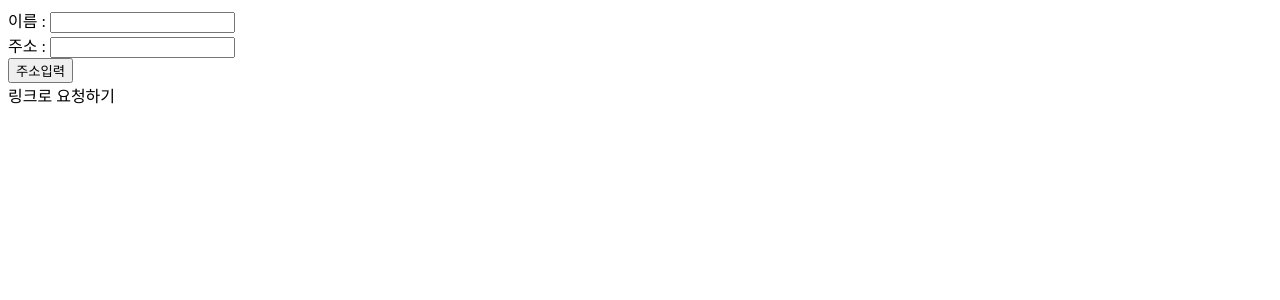
Repository: lopanghub/git_study
Page: http://localhost/JSPClassCh04/postRequestServletForm.jsp
An editor plug-in stored every save of this project. The page is shown before and after the next save, followed by the edit.
The browser window is 1280 px wide. The pictures show the whole page.
The page is served by Tomcat 9. Other server files are loaded and not shown.

Above is the page before, as saved 2024-04-04 01:40:30.

### JSPStudy/JSPClassCh04/src/main/webapp/postRequestServletForm.jsp
<%@ page language="java" contentType="text/html; charset=UTF-8"
    pageEncoding="UTF-8"%>
<!DOCTYPE html>
<html>
<head>
<meta charset="UTF-8">
<title>POST 방식 요청처리</title>
</head>
<body>
	<!--
		form 태그의 method 속성을 post로 지정 하였다. default는 get 이다.
		브라우저는 현재 문서의 문자 셋을 기준으로 폼 데이터를 인코딩하여 서버로 전송한다.
	-->
	<form name="f1" >
		이름 : <input type="text" name="name" /><br/>
		주소 : <input type="text" name="address" /><br/>
		<input type="submit" value="주소입력" />
	</form>
	<!--
		a 태그를 이용한 요청은 GET 방식이므로 요청 데이터를
		서버로 보낼 때는 요청 URL 뒤에 데이터를 추가해 서버로 보낸다.
	-->
	<a>링크로 요청하기</a>
</body>
</html>

After the next save:
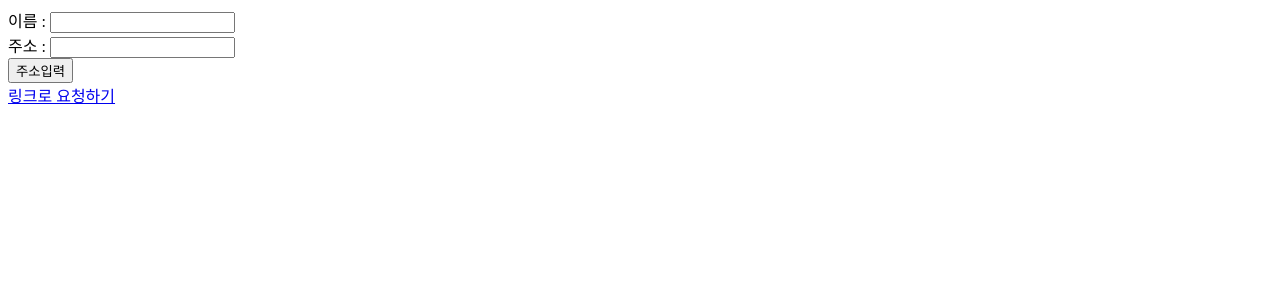
Saved 20 min 29 s later.
--- a/JSPStudy/JSPClassCh04/src/main/webapp/postRequestServletForm.jsp
+++ b/JSPStudy/JSPClassCh04/src/main/webapp/postRequestServletForm.jsp
@@ -11,7 +11,7 @@
 		form 태그의 method 속성을 post로 지정 하였다. default는 get 이다.
 		브라우저는 현재 문서의 문자 셋을 기준으로 폼 데이터를 인코딩하여 서버로 전송한다.
 	-->
-	<form name="f1" >
+	<form name="f1" action="postRequest" method="post">
 		이름 : <input type="text" name="name" /><br/>
 		주소 : <input type="text" name="address" /><br/>
 		<input type="submit" value="주소입력" />
@@ -20,6 +20,6 @@
 		a 태그를 이용한 요청은 GET 방식이므로 요청 데이터를
 		서버로 보낼 때는 요청 URL 뒤에 데이터를 추가해 서버로 보낸다.
 	-->
-	<a>링크로 요청하기</a>
+	<a href="postRequest?name=홍길동&address=서울 관악구 봉천동">링크로 요청하기</a>
 </body>
 </html>
